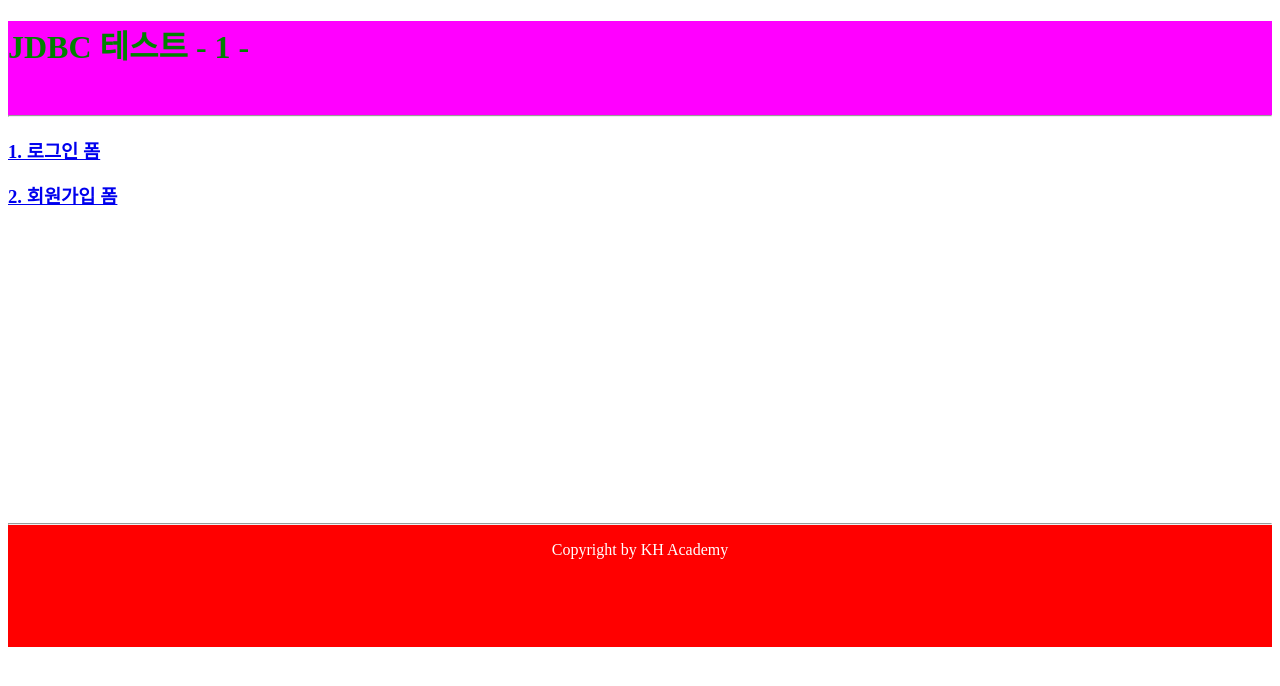
Repository: steeveelee2/WEB_Study
Page: http://localhost/JDBC1Project/
These files come from the project's save history. The page is drawn as it stood at one moment and after the next save; the edit follows.
The browser window is 1280 px wide. The pictures show the whole page.
The page is served by Tomcat 9.

Above is the page before, as saved 2018-10-18 01:15:41.

After the next save:
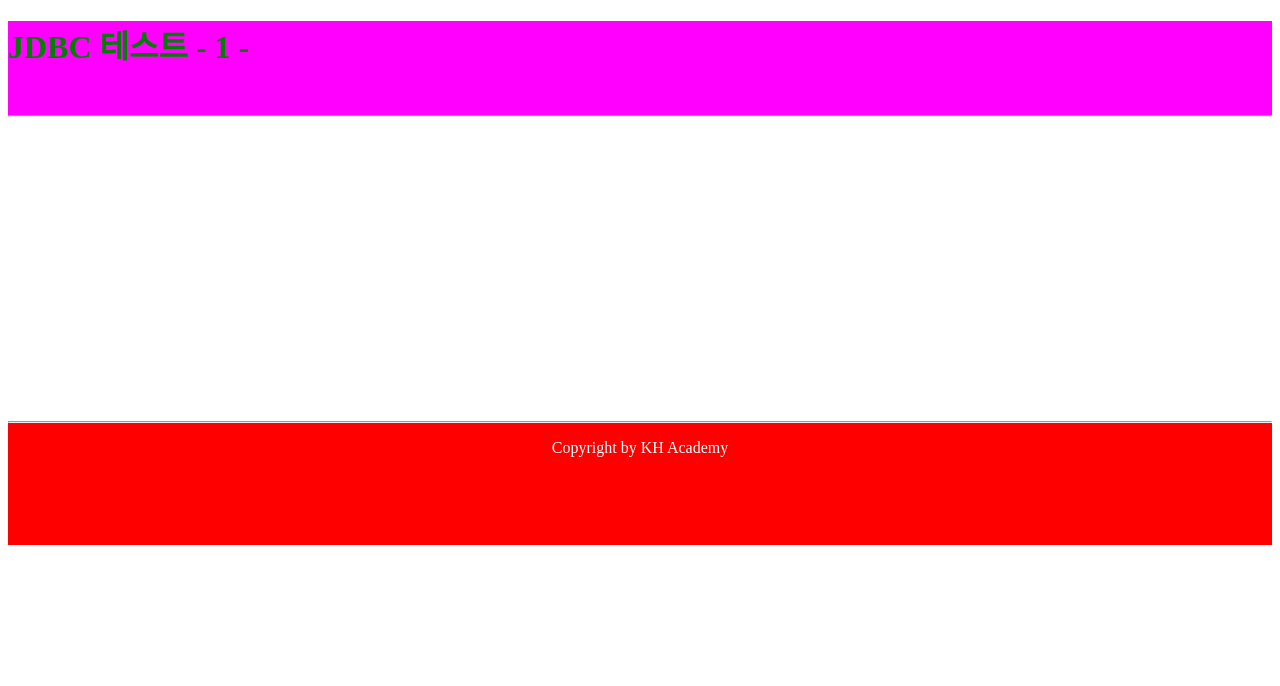
Saved 12 s later.
--- a/webWorkspace/JDBC1Project/web/index.jsp
+++ b/webWorkspace/JDBC1Project/web/index.jsp
@@ -1,5 +1,9 @@
 <%@ page language="java" contentType="text/html; charset=UTF-8"
     pageEncoding="UTF-8"%>
+<%@ page import="com.kh.jdbc.model.vo.*" %>
+<%
+	Member m=(Member)session.getAttribute("m");
+%>
 <!DOCTYPE html>
 <html>
 <head>
@@ -9,6 +13,8 @@
 <body>
 	<%@ include file="views/common/header.jsp" %>
 
+	<%if(m!=null){ %>
+
 	<h3>
 		<a href="views/loginForm.jsp">1. 로그인 폼</a>
 	</h3>
@@ -17,6 +23,11 @@
 		<a href="views/member/memberJoin.jsp">2. 회원가입 폼</a>
 	</h3>
 
+	<%} else{%>
+
+
+	<%} %>
+
 	<%@ include file="views/common/footer.jsp" %>
 </body>
 </html>
